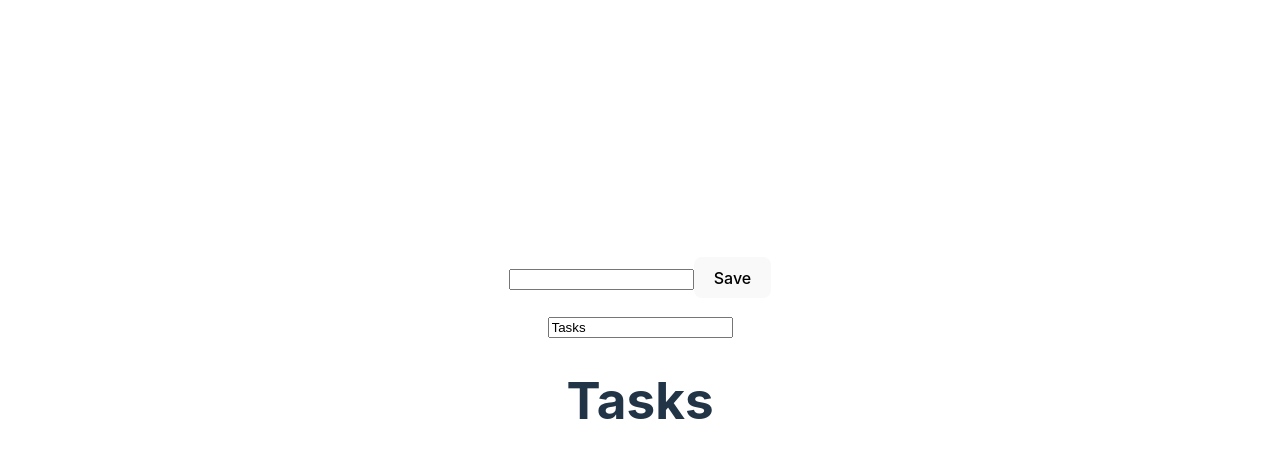
Repository: RonanKhalilOlaes/Olaes_Lab06-07_taskList
Page: /
An editor plug-in stored every save of this project. The page is shown before and after the next save, followed by the edit.
The browser window is 1280 px wide. The pictures show the whole page.
The project was rebuilt for these pictures with package versions that can differ from the ones it lists, and the page was loaded fresh each time. Also part of the build but not shown: vite.config.js.

Above is the page before, as saved 2024-10-22 21:52:16.

After the next save:
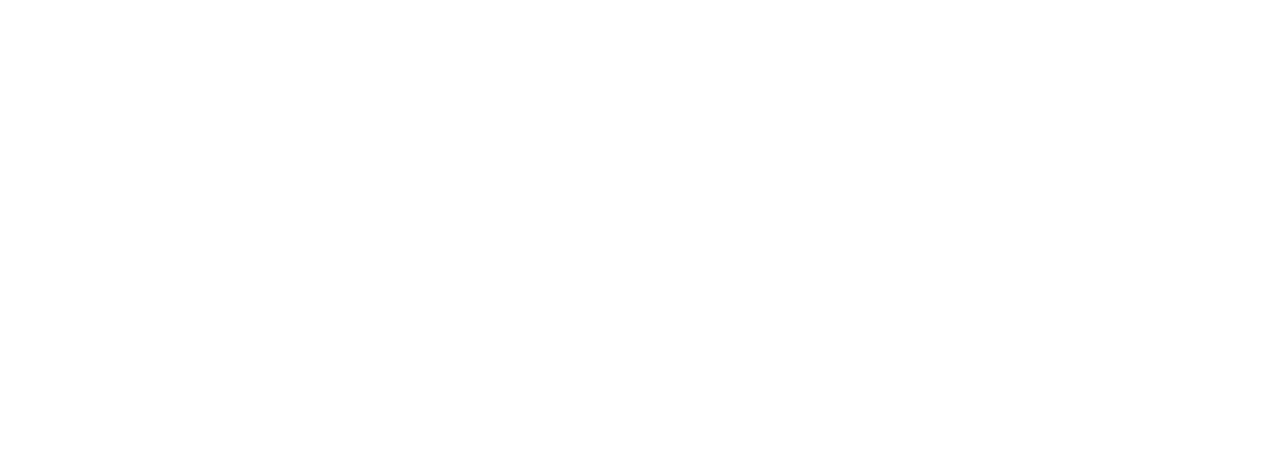
Console error: ReferenceError: studentListUI is not defined
Saved 53 s later.
--- a/src/App.jsx
+++ b/src/App.jsx
@@ -23,9 +23,7 @@
 
   const [students, setStudents] = useState(initialStudents);
 
-  const studentListUI = students.map((student, index) => (
-    <p key={index}>{student.firstname} {student.lastname} </p>
-  ));
+
 
   function handleKeyDown(e) {
     if (e.key === 'Enter') {

After the save that followed:
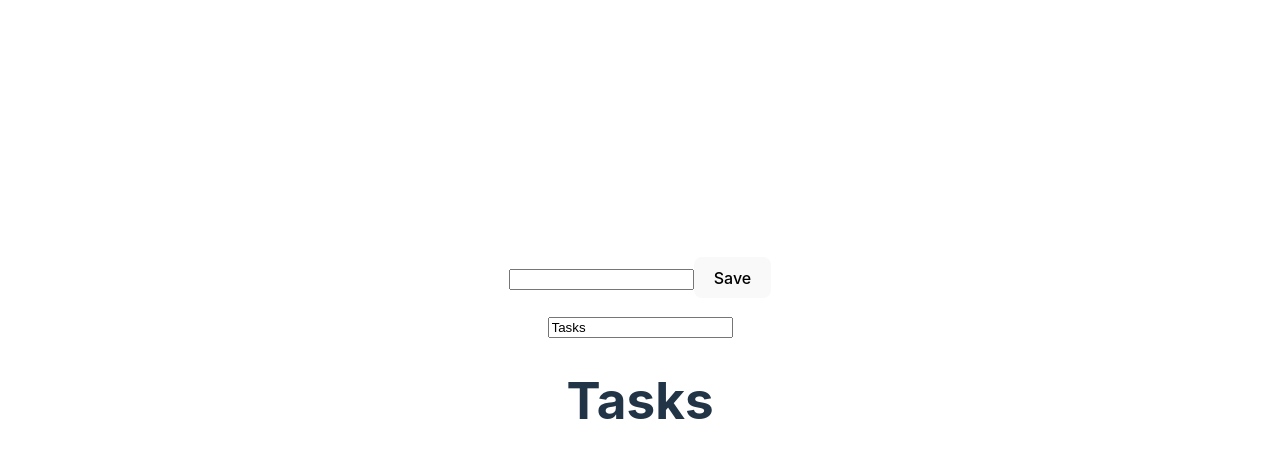
The error is gone.
Saved 9 s later.
--- a/src/App.jsx
+++ b/src/App.jsx
@@ -23,7 +23,9 @@
 
   const [students, setStudents] = useState(initialStudents);
 
-
+  const studentListUI = students.map((student, index) => (
+    <p key={index}>{student.firstname} {student.lastname} </p>
+  ));
 
   function handleKeyDown(e) {
     if (e.key === 'Enter') {
